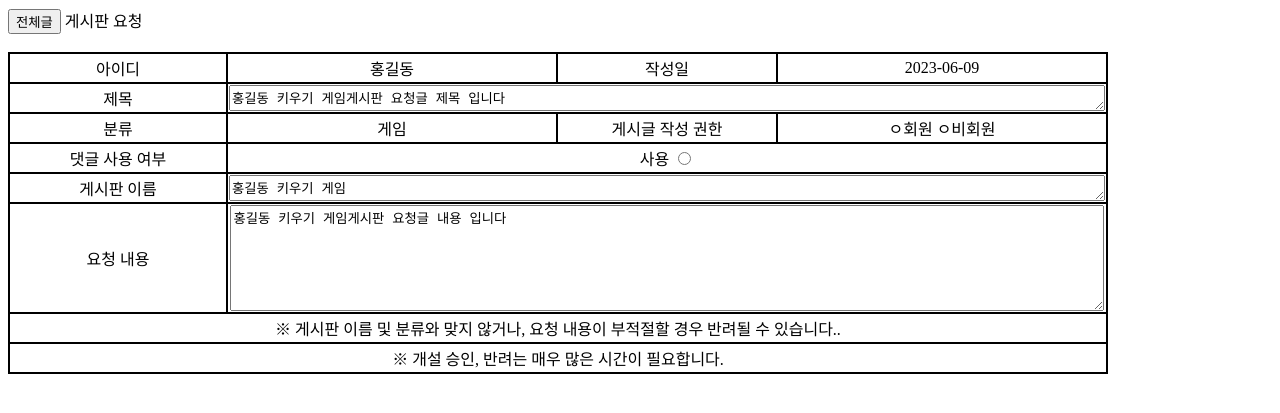
Repository: LJzero-dev/java-study
Page: http://localhost/ktbwos/bbs/request_view.jsp
The author's editor kept a copy of each file at every save. The page is drawn from the files as they stood at one save, then again after the next save.
The browser window is 1280 px wide. The pictures show the whole page.
The page is served by Tomcat 9. Other server files are loaded and not shown.

Above is the page before, as saved 2023-06-11 06:01:14.

### web/ktbwos/WebContent/bbs/request_view.jsp
<%@ page language="java" contentType="text/html; charset=UTF-8" pageEncoding="UTF-8"%>
<!DOCTYPE html PUBLIC "-//W3C//DTD HTML 4.01 Transitional//EN" "http://www.w3.org/TR/html4/loose.dtd">
<html>
<head>
<meta http-equiv="Content-Type" content="text/html; charset=UTF-8">
<style>
	a:link { color:black; text-decoration:none; }
	a:visited { color:black; text-decoration:none; }
	a:hover { color:black; text-decoration:underline; }
	table, th, td {
	border:2px solid black;
	border-collapse : collapse;
	}
	tr { height:30px;}
	th { background-color:#5B9BD5; color:white;}
	td { text-align:center;}
</style>
<title>Insert title here</title>
</head>
<body>

<div width="1100">
<input type="button" value="전체글">  게시판 요청<br /><br />
<form action="">
	<table width="1100" >
		<tr>
			<td width="20%">아이디</td>
			<td width="30%">홍길동</td>
			<td width="20%">작성일</td>
			<td width="30%">2023-06-09</td>
		</tr>
		<tr>
			<td>제목</td>
			<td colspan="3"><textarea style="width:870px; height:20px">홍길동 키우기 게임게시판 요청글 제목 입니다</textarea></td>
		</tr >
		<tr>
			<td>분류</td>
			<td>게임</td>
			<td>게시글 작성 권한</td>
			<td>ㅇ회원 ㅇ비회원</td>
		</tr>
		<tr>
			<td>댓글 사용 여부</td>
			<td colspan="3"><label>사용 <input type="radio" name="select" value="s1" /></label>
            </td>
		</tr>
		<tr>
			<td>게시판 이름</td>
			<td colspan="3"><textarea style="width:870px; height:20px">홍길동 키우기 게임</textarea></td>
		</tr>
		<tr>
			<td>요청 내용</td>
			<td colspan="3"><textarea style="width:99%; height:100px">홍길동 키우기 게임게시판 요청글 내용 입니다</textarea></td>
		</tr>
		<tr>
			<td colspan="4">※ 게시판 이름 및 분류와 맞지 않거나, 요청 내용이 부적절할 경우 반려될 수 있습니다..</td>
		</tr>
		<tr>
			<td colspan="4">※ 개설 승인, 반려는 매우 많은 시간이 필요합니다.</td>
		</tr>
	</table>
</form>
</div>
</body>
</html>

After the next save:
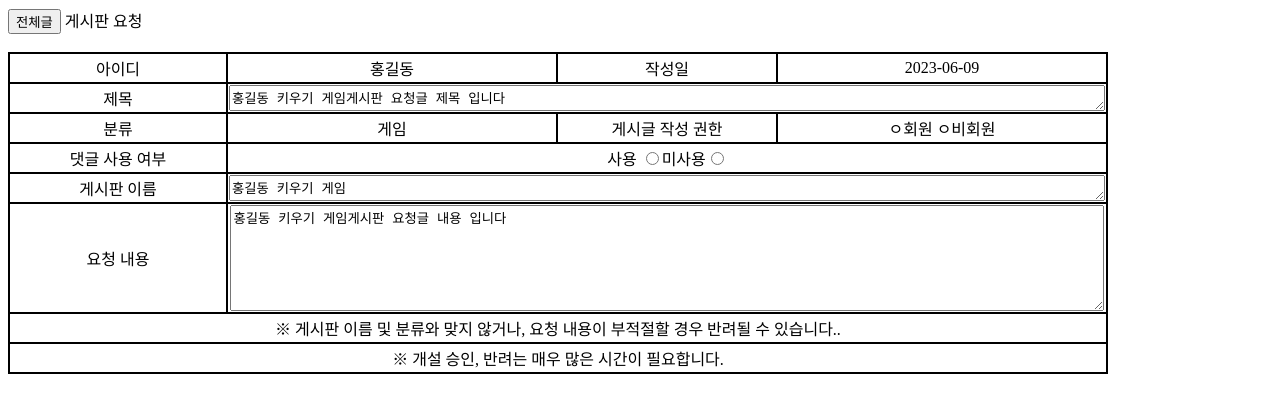
Saved 26 s later.
--- a/web/ktbwos/WebContent/bbs/request_view.jsp
+++ b/web/ktbwos/WebContent/bbs/request_view.jsp
@@ -41,7 +41,7 @@
 		</tr>
 		<tr>
 			<td>댓글 사용 여부</td>
-			<td colspan="3"><label>사용 <input type="radio" name="select" value="s1" /></label>
+			<td colspan="3"><label>사용 <input type="radio" name="select" value="s1" /></label><label>미사용<input type="radio" name="select" value="s2" /></label>
             </td>
 		</tr>
 		<tr>
